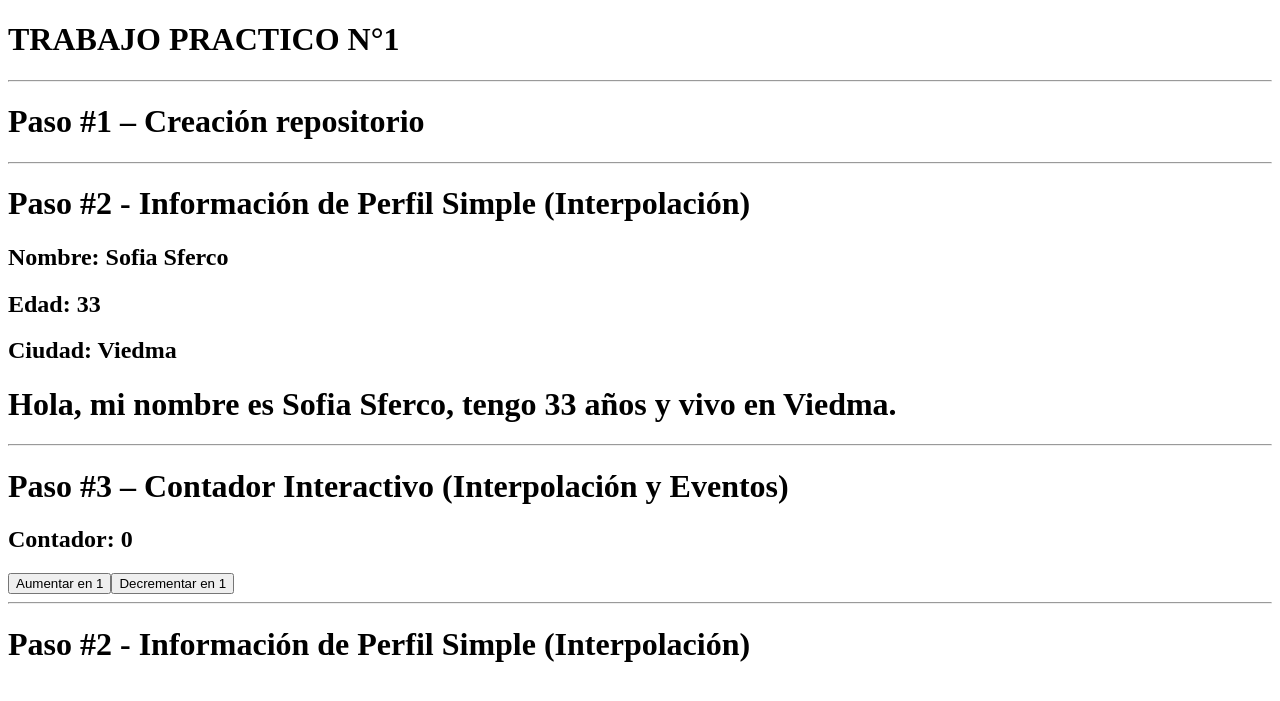
Repository: SofiaSferco/PWA-2026
Page: practico01/index.html
An editor plug-in stored every save of this project. The page is shown before and after a run of saves, followed by the edit.
The browser window is 1280 px wide. The pictures show the whole page.

Above is the page before, as saved 2026-09-10 00:47:34.

After the next 2 saves:
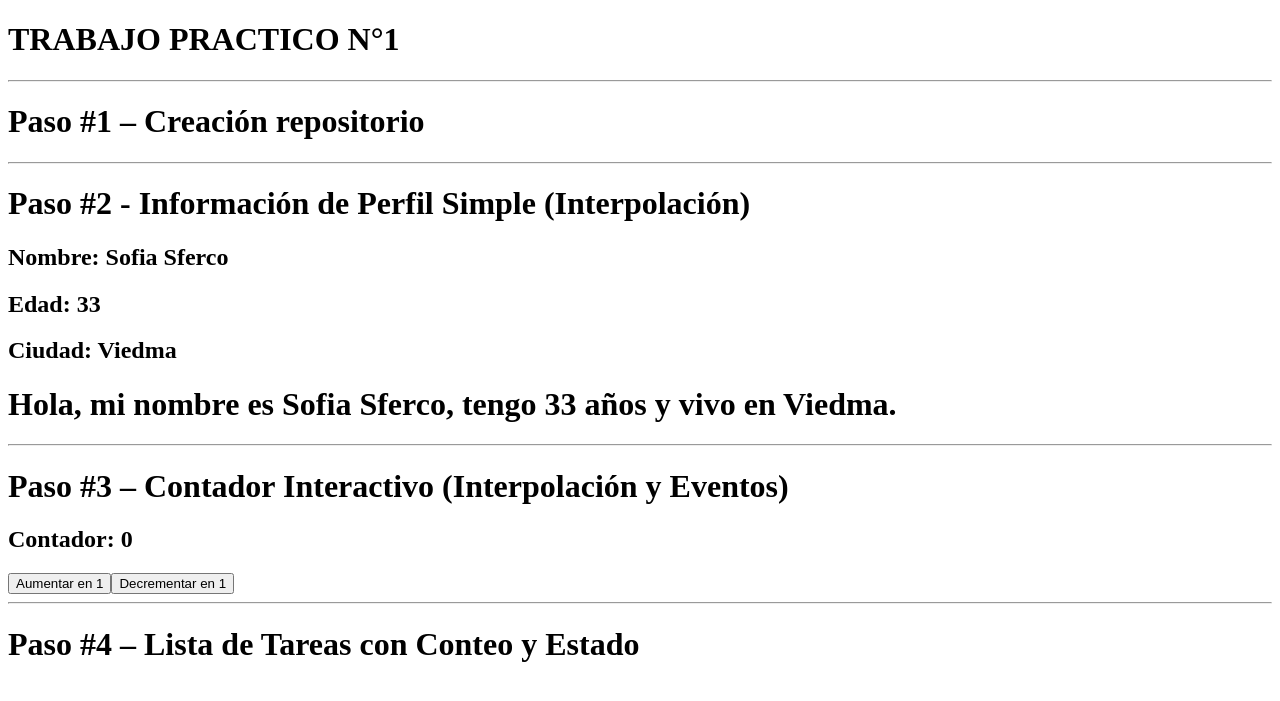
The 2 saves are shown as one change because they came seconds apart.
The last was saved 19 s later.
--- a/practico01/index.html
+++ b/practico01/index.html
@@ -23,7 +23,8 @@
         <h2>Contador: {{contador}}</h2>
         <button v-on:click="aumentar">Aumentar en 1</button><button v-on:click="decrementar">Decrementar en 1</button>
         <hr>
-        <h1>Paso #2 - Información de Perfil Simple (Interpolación)</h1>
+        <h1>Paso #4 – Lista de Tareas con Conteo y Estado</h1>
+
     </div>
     <script>
        var app= new Vue({
